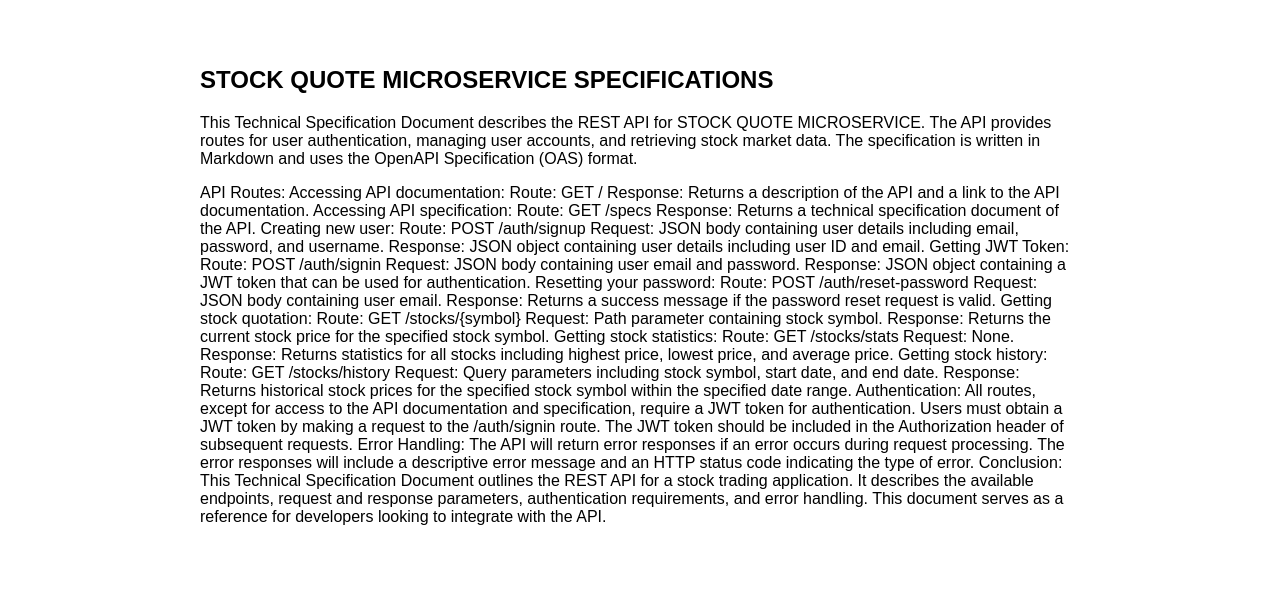
Repository: miguelamello/nest-js
Page: stock-service/specs.html
These files come from the project's save history. The page is drawn as it stood at one moment and after the next save; the edit follows.
The browser window is 1280 px wide. The pictures show the whole page.

Above is the page before, as saved 2023-04-03 11:55:27.

### stock-service/specs.html
<!DOCTYPE html>
<html lang="en">
<head>
  <meta charset="UTF-8">
  <meta http-equiv="X-UA-Compatible" content="IE=edge">
  <meta name="viewport" content="width=device-width, initial-scale=1.0">
  <title>STOCK QUOTE MICROSERVICE</title>
  <style>
    body {
      font-family: Arial, Helvetica, sans-serif;
      padding: 3% 15%;
    }
    h3 {
      margin-top: 5%;
    }
    pre {
      margin: 0;
      overflow: auto;
    }
  </style>
</head>
<body>
  <h2>STOCK QUOTE MICROSERVICE SPECIFICATIONS</h2>
  <p>
    This Technical Specification Document describes the REST API for STOCK QUOTE MICROSERVICE.
    The API provides routes for user authentication, managing user accounts, and retrieving stock market data.
    The specification is written in Markdown and uses the OpenAPI Specification (OAS) format.
  </p>

  <p>
    API Routes:

Accessing API documentation:
Route: GET /
Response: Returns a description of the API and a link to the API documentation.

Accessing API specification:
Route: GET /specs
Response: Returns a technical specification document of the API.

Creating new user:
Route: POST /auth/signup
Request: JSON body containing user details including email, password, and username.
Response: JSON object containing user details including user ID and email.

Getting JWT Token:
Route: POST /auth/signin
Request: JSON body containing user email and password.
Response: JSON object containing a JWT token that can be used for authentication.

Resetting your password:
Route: POST /auth/reset-password
Request: JSON body containing user email.
Response: Returns a success message if the password reset request is valid.

Getting stock quotation:
Route: GET /stocks/{symbol}
Request: Path parameter containing stock symbol.
Response: Returns the current stock price for the specified stock symbol.

Getting stock statistics:
Route: GET /stocks/stats
Request: None.
Response: Returns statistics for all stocks including highest price, lowest price, and average price.

Getting stock history:
Route: GET /stocks/history
Request: Query parameters including stock symbol, start date, and end date.
Response: Returns historical stock prices for the specified stock symbol within the specified date range.

Authentication:
All routes, except for access to the API documentation and specification, require a JWT token for authentication. Users must obtain a JWT token by making a request to the /auth/signin route. The JWT token should be included in the Authorization header of subsequent requests.

Error Handling:
The API will return error responses if an error occurs during request processing. The error responses will include a descriptive error message and an HTTP status code indicating the type of error.

Conclusion:
This Technical Specification Document outlines the REST API for a stock trading application. It describes the available endpoints, request and response parameters, authentication requirements, and error handling. This document serves as a reference for developers looking to integrate with the API.
  </p>

</body>
</html>

After the next save:
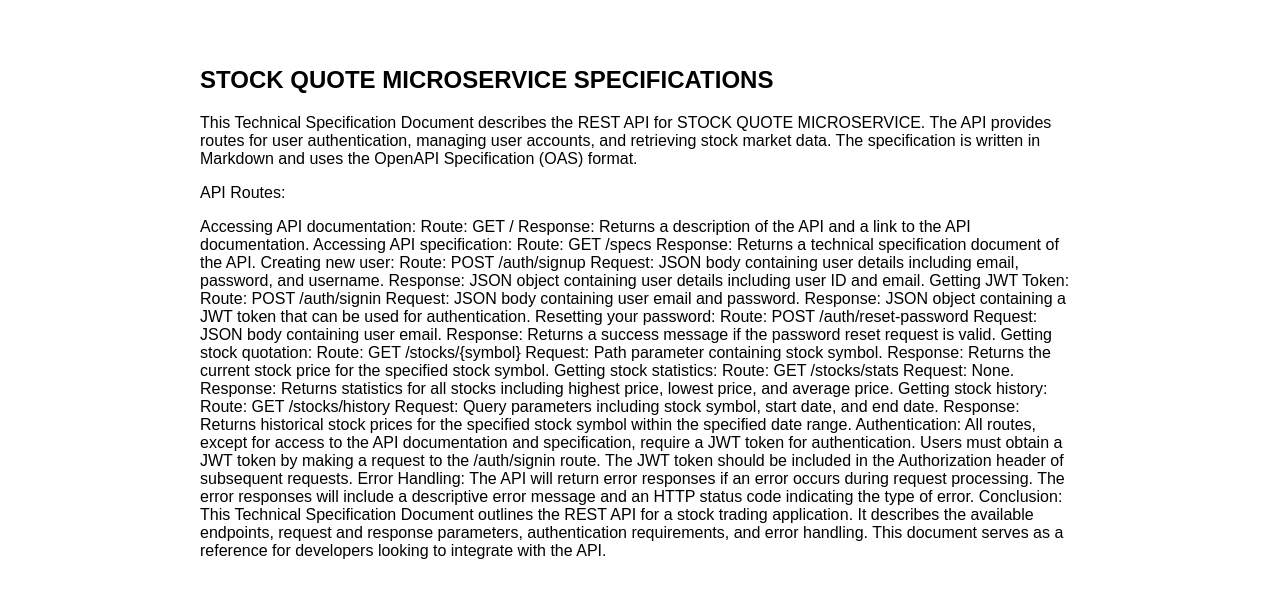
Saved 29 s later.
--- a/stock-service/specs.html
+++ b/stock-service/specs.html
@@ -28,7 +28,7 @@
   </p>
 
   <p>
-    API Routes:
+    API Routes:</p>
 
 Accessing API documentation:
 Route: GET /

After the save that followed:
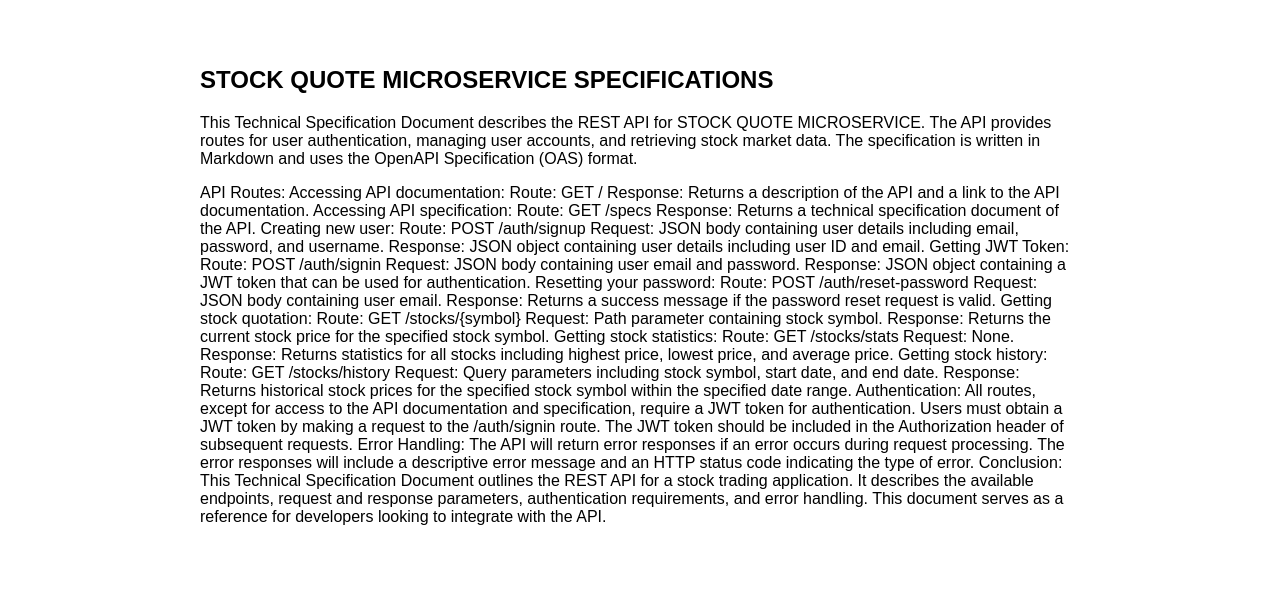
Saved 8 s later.
--- a/stock-service/specs.html
+++ b/stock-service/specs.html
@@ -28,7 +28,7 @@
   </p>
 
   <p>
-    API Routes:</p>
+    API Routes:
 
 Accessing API documentation:
 Route: GET /
